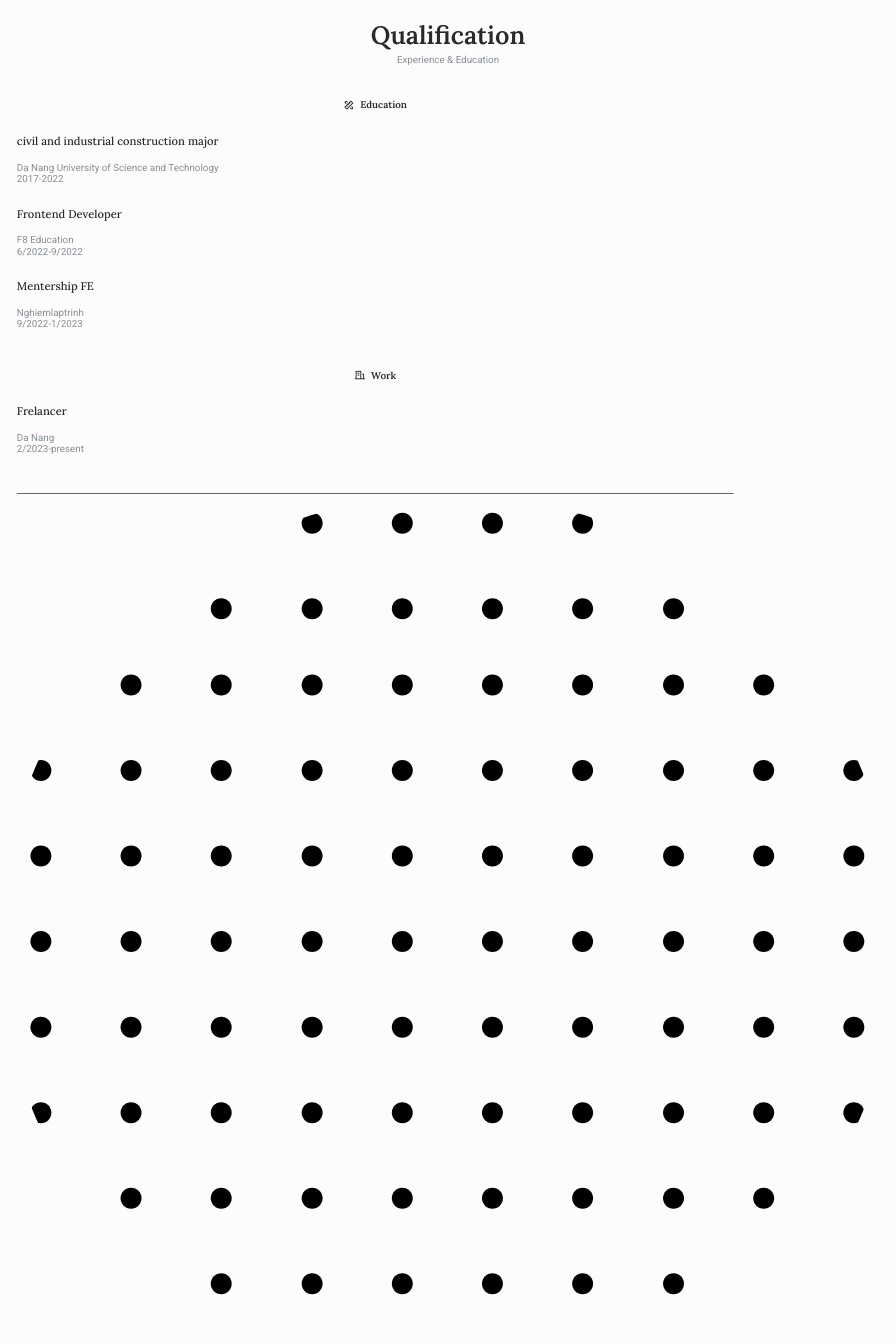
Repository: hnguyeng/myportfoliohongnguyen
Page: index.html
An editor plug-in stored every save of this project. The page is shown before and after the next save, followed by the edit.
The browser window is 1280 px wide. The pictures show the part of the page from y = 3214 to 5134 px (the page is 5484 px tall before and 5532 px after), at 70% of full size.
Some web libraries are served in a nearby version.

Above is the page before, as saved 2023-07-18 16:08:49.

After the next save:
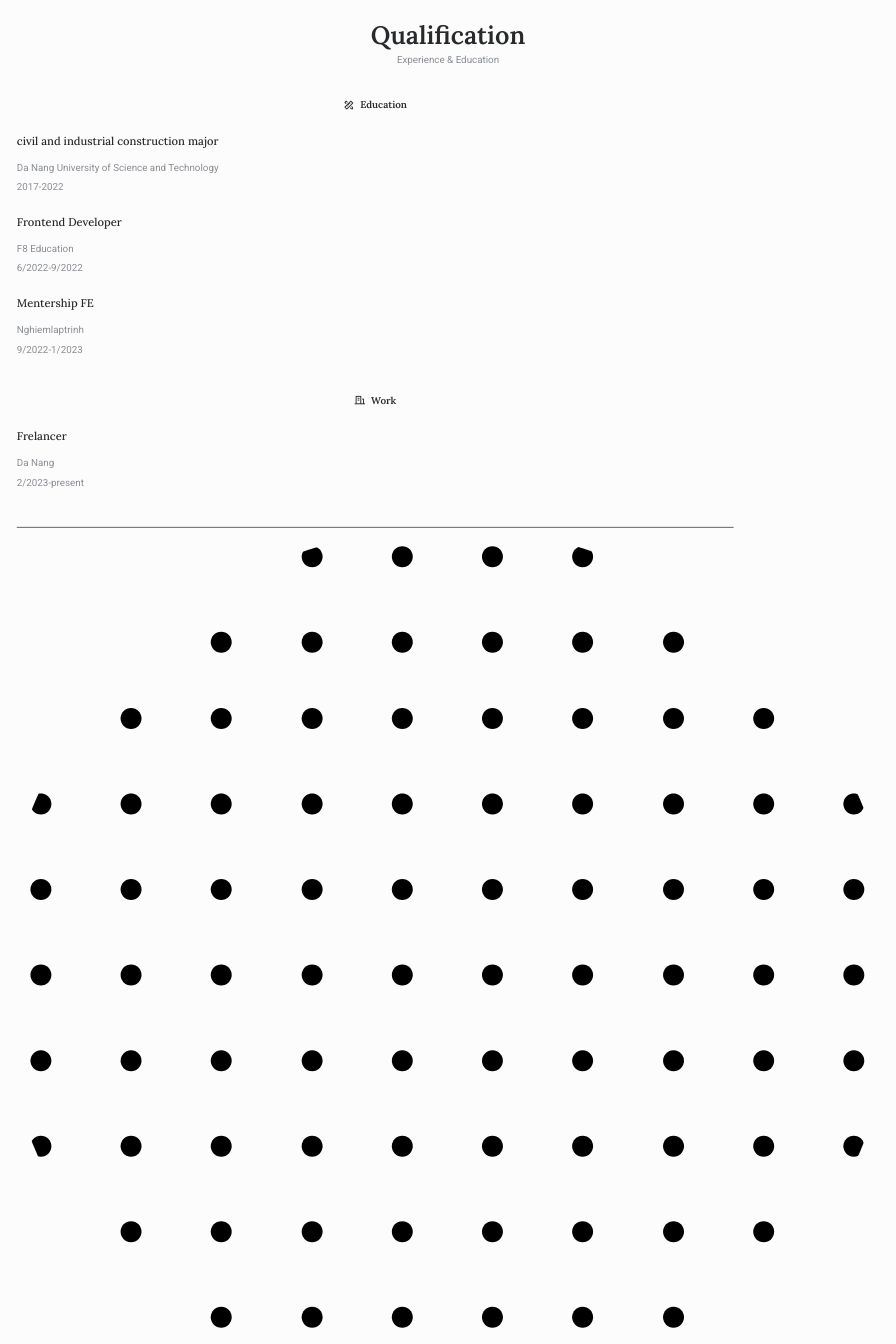
Saved 75 s later.
--- a/assets/css/style.css
+++ b/assets/css/style.css
@@ -385,3 +385,6 @@ img{
     font-size: var(--small-font-size);
     color: var(--text-color-light);
 }
+.qualification__country{
+    margin-bottom: .75rem;
+}
